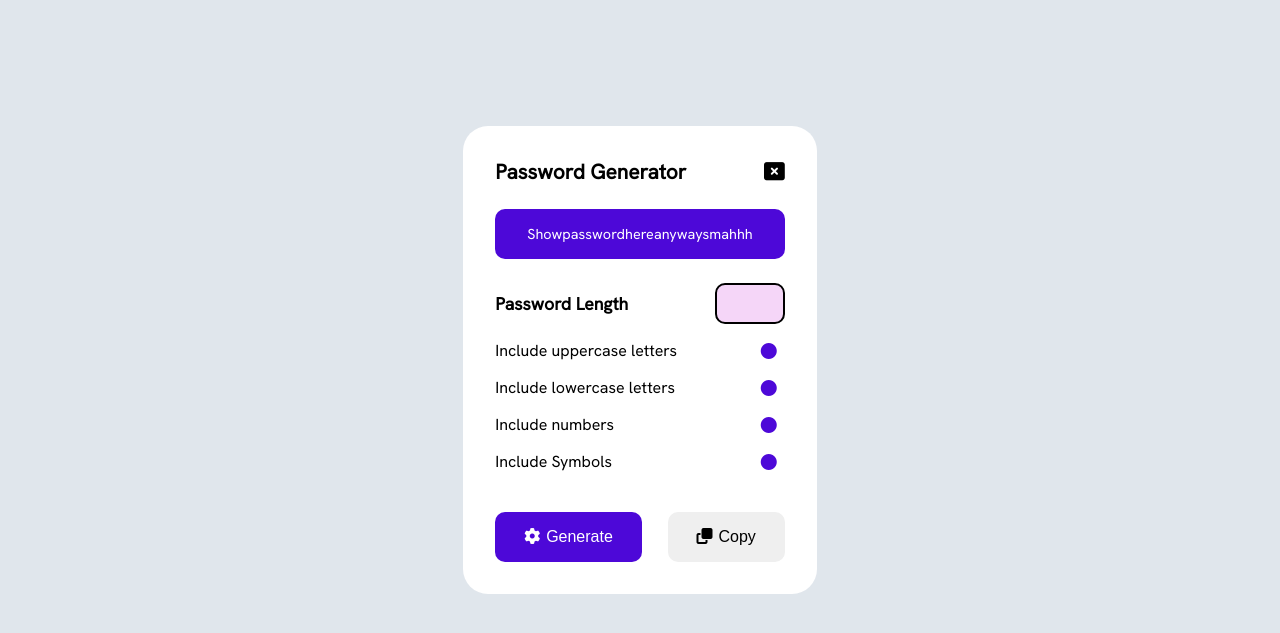
Repository: emiliaiwu/password_generator
Page: index.html
An editor plug-in stored every save of this project. The page is shown before and after a run of saves, followed by the edit.
The browser window is 1280 px wide. The pictures show the whole page.
Some web libraries are served in a nearby version.

Above is the page before, as saved 2022-12-14 05:02:35.

After the next 2 saves:
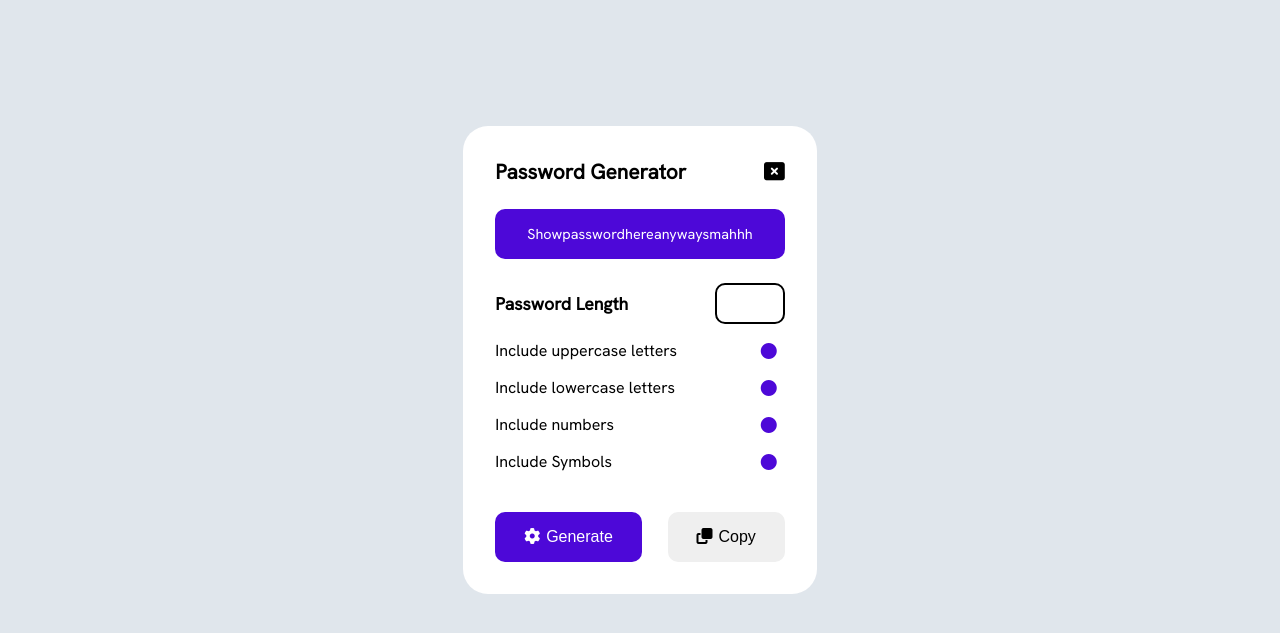
The 2 saves are shown as one change because they came seconds apart.
The last was saved 9 s later.
--- a/style.css
+++ b/style.css
@@ -84,7 +84,7 @@ label,
     font-size: 1.1rem;
     border: 2px solid #000;
     border-radius: 10px;
-    background-color: #f5d6f8;
+    background-color: ##4d08d8;;
 }
 
 .password_length input[type="text"]:focus {
